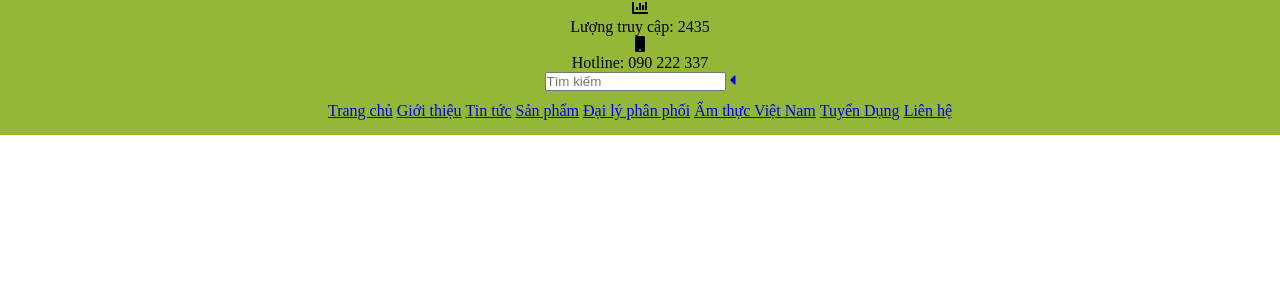
Repository: NgocTruong0701/Self_Learning
Page: html/practice/Baitapweb/index.html
The author's editor kept a copy of each file at every save. The page is drawn from the files as they stood at one save, then again after a run of saves.
The browser window is 1280 px wide. The pictures show the whole page.

Above is the page before, as saved 2021-10-06 16:47:36.

### html/practice/Baitapweb/index.html
<!DOCTYPE html>
<html>
    <head>
        <title>Web Bài 4</title>
        <meta charset="UTF-8">
        <meta name="author" content="Lê Ngọc Trường">
        <link rel="stylesheet" type="text/css" href="./assets/css/styles.css">
        <link rel="stylesheet" href="./assets/font/fontawesome-free-5.15.4-web/css/all.css">
    </head>

    <body>
        <!-- Begin Header -->
        <header>
            <!-- logo -->
            <div class="box-left">

            </div>

            <!-- khối bên phải -->
            <div class="box-right">
                <div class="thongtin">
                    <div class="ltruycap">
                        <i class="fas fa-chart-bar"></i>
                        <p>Lượng truy cập: 2435</p>
                    </div>

                    <div class="hotline">
                        <i class="fas fa-mobile"></i>
                        <p>Hotline: 090 222 337</p>
                    </div>
                </div>

                <div class="search">
                    <form action="url" method="GET">
                        <input type="text" placeholder="Tìm kiếm">
                        <a href="#">
                            <i class="fas fa-caret-left"></i>
                        </a>
                    </form>
                </div>
            </div>

            <!-- menu header -->
            <div class="menu-header">
                <ul class="menu-tren">
                    <li><a href="#">Trang chủ</a></li>
                    <li><a href="#">Giới thiệu</a></li>
                    <li><a href="#">Tin tức</a></li>
                    <li><a href="#">Sản phẩm</a></li>
                    <li><a href="#">Đại lý phân phối</a></li>
                    <li><a href="#">Ẩm thực Việt Nam</a></li>
                    <li><a href="#">Tuyển Dụng</a></li>
                    <li><a href="#">Liên hệ</a></li>
                </ul>
            </div>

        </header>
        <!-- End Header -->

        <!-- Begin Body -->
        <div id="container">

        </div>
        <!-- End Body -->

        <!-- Begin Footer -->
        <footer>

        </footer>
        <!-- End Footer -->
    </body>
</html>

### html/practice/Baitapweb/assets/css/styles.css
/* RESET CSS */
*{
    padding:0;
    margin: 0;
    box-sizing:border-box;
}

/* Begin Header */
header{
    background-color: #94b737;
    text-align: center;
    width: 100%;
    height: 135px;
}

.logo{
    display: inline-block;
}

.header-heading{
    text-transform: uppercase;
    display: inline-block;
    padding-right:100px;
    height:

}

header .box-right{
    display: inline-block;
}

.menu-header{
    height: 40px;
}


.menu-tren li{
    display: inline-block;
}

.menu-tren li a{
    line-height: 40px;
}


/* End Header */

/* Begin Container */




/* End Container */

/* Begin Footer */





/* End Footer */

Loaded but not shown: html/practice/Baitapweb/Web4-Webside-LeNgocTruong-2020601391/assets/font/fontawesome-free-5.15.4-web/css/all.css (library)

After the next 2 saves:
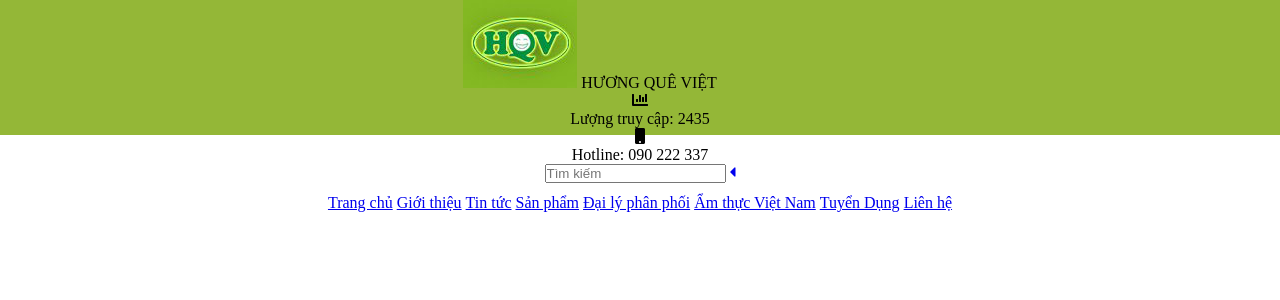
The 2 saves are shown as one change because they came seconds apart.
The last was saved 8 s later.
--- a/html/practice/Baitapweb/index.html
+++ b/html/practice/Baitapweb/index.html
@@ -13,7 +13,14 @@
         <header>
             <!-- logo -->
             <div class="box-left">
+                <div class="logo">
+                    <img src="./assets/pictures/logo/logo.jpg" alt="logo">
+                </div>
 
+                <!-- tiêu đề -->
+                <div class="header-heading">
+                    hương quê việt
+                </div>
             </div>
 
             <!-- khối bên phải -->
